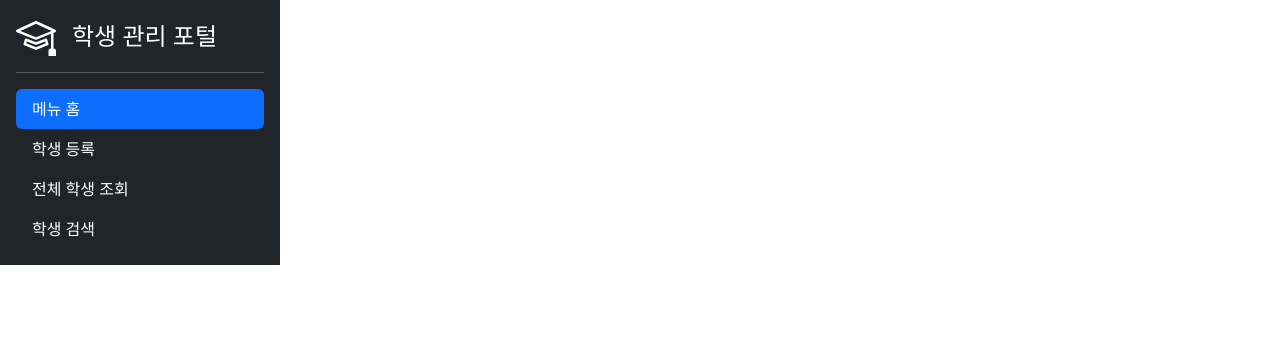
Repository: invisibleufo101/StudentManagementWeb
Page: HSW_Web/src/main/webapp/index.html
These files come from the project's save history. The page is drawn as it stood at one moment and after the next save; the edit follows.
The browser window is 1280 px wide. The pictures show the whole page.

Above is the page before, as saved 2024-09-19 09:39:27.

### HSW_Web/src/main/webapp/index.html
<!DOCTYPE html>
<html>
<head>
	<meta charset="UTF-8">
	<meta name="viewport" content="width=device-width, initial-scale=1">
	<link rel="stylesheet" href="css/bootstrap.min.css" />
	<script defer src="js/bootstrap.bundle.min.js"></script>
	<title>학생 관리 포털</title>
</head>
<body>
	<main class="d-flex flex-nowrap">
		<div class="d-flex flex-column flex-shrink-0 p-3 text-bg-dark" style="width: 280px;">
			<a href="/" class="d-flex justify-content-center align-items-center mb-3 mb-md-0 me-md-auto text-white text-decoration-none">
				<svg xmlns="http://www.w3.org/2000/svg" width="40" height="40" fill="currentColor" class="bi bi-mortarboard" viewBox="0 0 16 16">
				 	<path d="M8.211 2.047a.5.5 0 0 0-.422 0l-7.5 3.5a.5.5 0 0 0 .025.917l7.5 3a.5.5 0 0 0 .372 0L14 7.14V13a1 1 0 0 0-1 1v2h3v-2a1 1 0 0 0-1-1V6.739l.686-.275a.5.5 0 0 0 .025-.917zM8 8.46 1.758 5.965 8 3.052l6.242 2.913z"/>
				 	<path d="M4.176 9.032a.5.5 0 0 0-.656.327l-.5 1.7a.5.5 0 0 0 .294.605l4.5 1.8a.5.5 0 0 0 .372 0l4.5-1.8a.5.5 0 0 0 .294-.605l-.5-1.7a.5.5 0 0 0-.656-.327L8 10.466zm-.068 1.873.22-.748 3.496 1.311a.5.5 0 0 0 .352 0l3.496-1.311.22.748L8 12.46z"/>
				</svg>
				<span class="ms-3" style="font-size: 1.5rem;">학생 관리 포털</span>
			</a>
			<hr />
			<ul class="nav nav-pills flex-column mb-auto">
				<li class="nav-item">
					<a href="#" class="nav-link active">
						메뉴 홈
					</a>
				</li>
				<li>
					<a href="#" class="nav-link text-white">
						학생 등록
					</a>
				</li>
				<li>
					<a href="#" class="nav-link text-white">
						전체 학생 조회
					</a>
				</li>
				<li>
					<a href="#" class="nav-link text-white">
						학생 검색
					</a>
				</li>
			</ul>
		</div>
	</main>
</body>
</html>

Loaded but not shown: HSW_Web/src/main/webapp/css/bootstrap.min.css (library); HSW_Web/src/main/webapp/js/bootstrap.bundle.min.js (no copy from this time; the picture is the same without it)

After the next save:
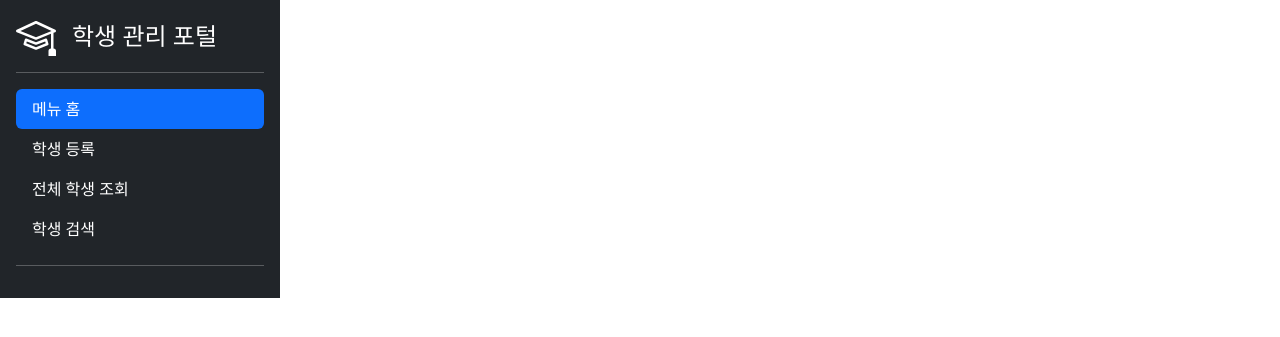
Saved 53 s later.
--- a/HSW_Web/src/main/webapp/index.html
+++ b/HSW_Web/src/main/webapp/index.html
@@ -40,6 +40,10 @@
 					</a>
 				</li>
 			</ul>
+			<hr/>
+			<div class="dropdown">
+
+			</div>
 		</div>
 	</main>
 </body>
